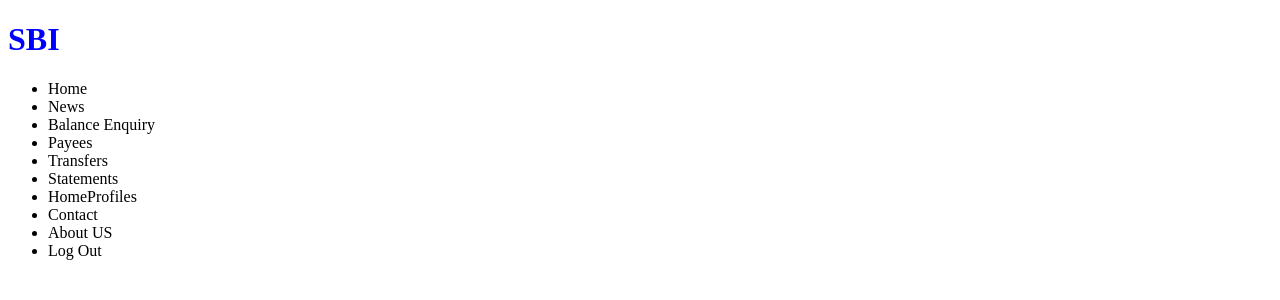
Repository: Prince1530/training
Page: BankProject/public/dashboard.html
The author's editor kept a copy of each file at every save. The page is drawn from the files as they stood at one save, then again after the next save.
The browser window is 1280 px wide. The pictures show the whole page.

Above is the page before, as saved 2022-06-13 09:24:47.

After the next save:
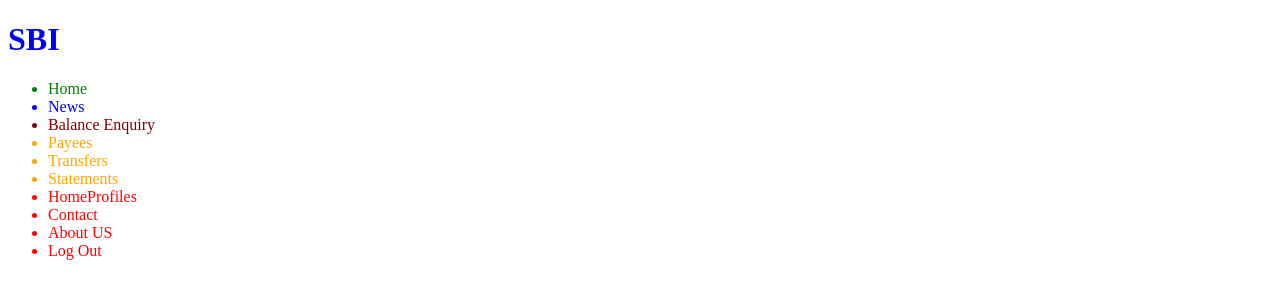
Saved 2 min 22 s later.
--- a/BankProject/public/style.css
+++ b/BankProject/public/style.css
@@ -14,3 +14,24 @@
 	margin-right:auto;
 
 }
+li{
+	color:red;
+
+}
+#f1{
+	color:green;
+
+}
+#f2{
+	color:blue;
+
+}
+#f3
+{
+	color:maroon;
+
+}
+.acc{
+	color:orange;
+
+}
